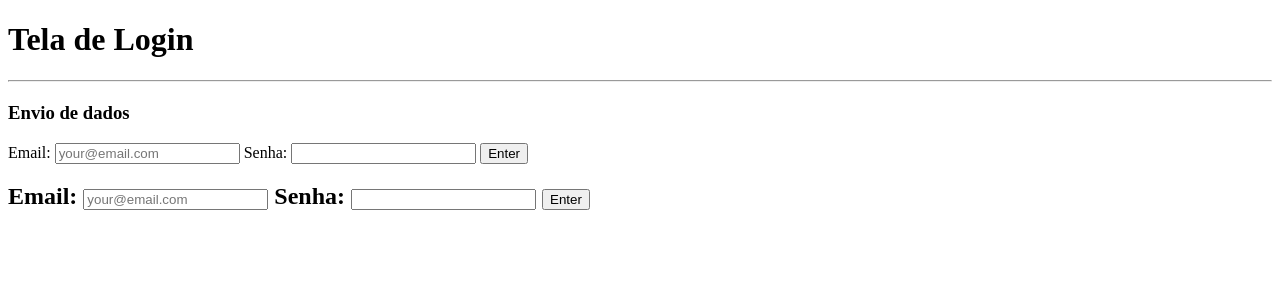
Repository: MarcioFreitasUFSC21/FrontEnd-part-1
Page: index.html
An editor plug-in stored every save of this project. The page is shown before and after a run of saves, followed by the edit.
The browser window is 1280 px wide. The pictures show the whole page.

Above is the page before, as saved 2023-04-22 19:28:36.

### index.html
<!DOCTYPE html>
<html lang="pt-br>
<head>
    <meta charset="UTF-8">
    <meta http-equiv="X-UA-Compatible" content="IE=edge">
    <meta name="viewport" content="width=device-width, initial-scale=1.0">
    <title>Controle Gastos</title>
</head>
<body>
    <h1> Tela de Login </h1>
    <hr>
    <form action = "example.html">
        <div>
            <h2>
                <h3> Envio de dados</h3>
                <label type = "email"> Email: </label> <input type = "email" placeholder="your@email.com" ></input>
                <label type = "password"> Senha: </label> <input type = "password"> </input>
                <button type = "submit" action = "save" onclick="alert('exemple')"> Enter</button><br>
            </h2>
        </div>
        <div>
            <h2>
                <label type = "email"> Email: </label> <input type = "email" placeholder="your@email.com" ></input>
                <label type = "password"> Senha: </label> <input type = "password"> </input>
                <button type = "submit" action = "save"> Enter</button>
            </h2>
        </div>
    </form>
</body>
</html>

After the next 2 saves:
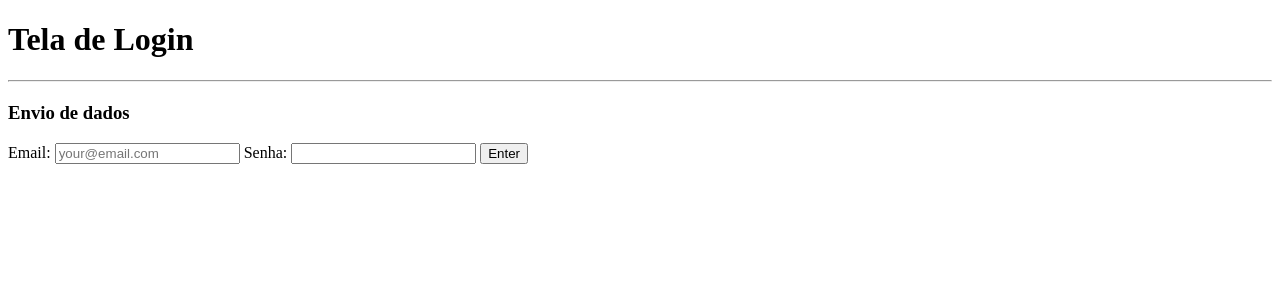
The 2 saves are shown as one change because they came seconds apart.
The last was saved 22 s later.
--- a/index.html
+++ b/index.html
@@ -18,13 +18,6 @@
                 <button type = "submit" action = "save" onclick="alert('exemple')"> Enter</button><br>
             </h2>
         </div>
-        <div>
-            <h2>
-                <label type = "email"> Email: </label> <input type = "email" placeholder="your@email.com" ></input>
-                <label type = "password"> Senha: </label> <input type = "password"> </input>
-                <button type = "submit" action = "save"> Enter</button>
-            </h2>
-        </div>
     </form>
 </body>
 </html>
